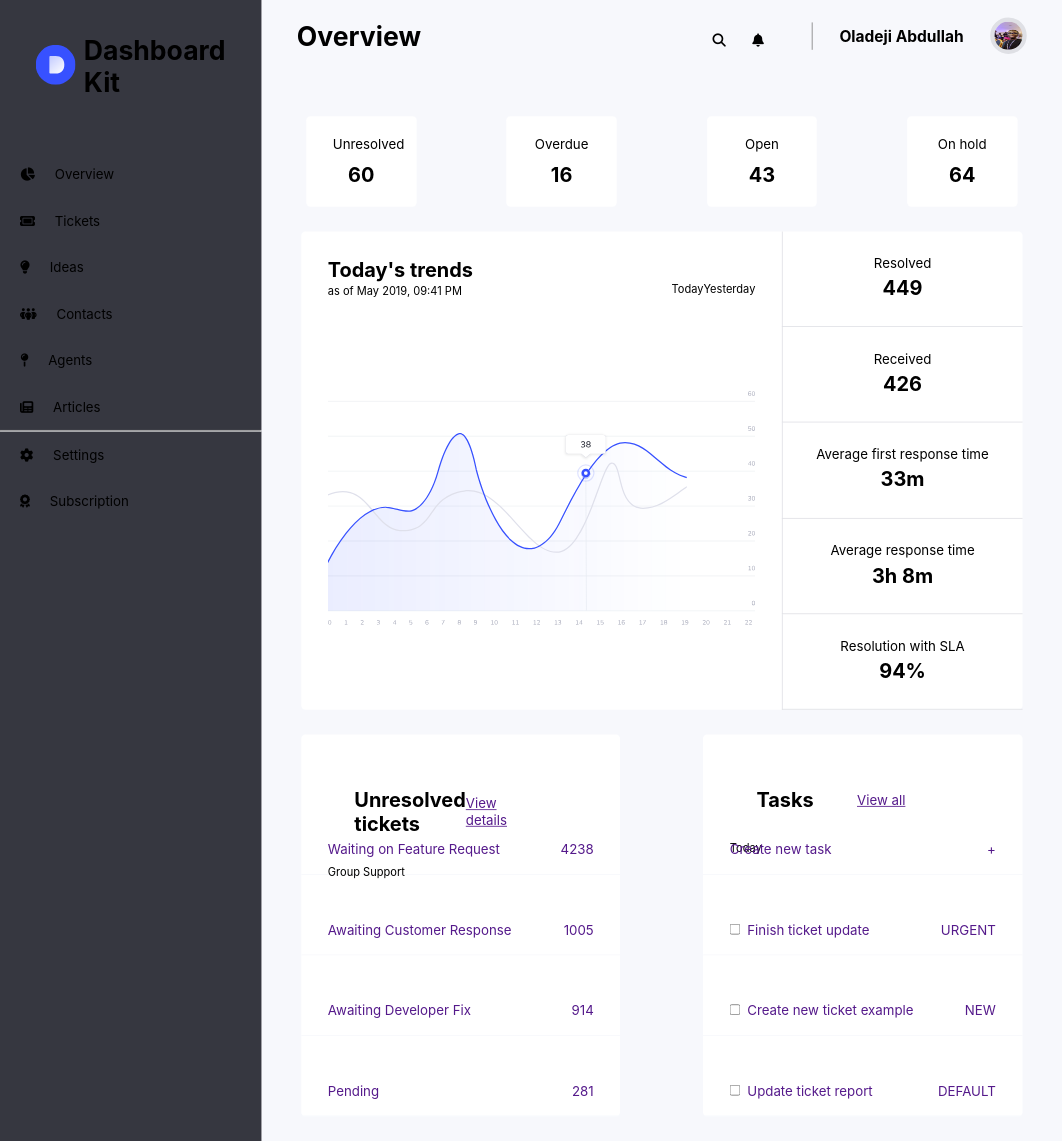
Repository: BuduCE/dashboard
Page: /
An editor plug-in stored every save of this project. The page is shown before and after a run of saves, followed by the edit.
The browser window is 1280 px wide. The pictures show the whole page, at 83% of full size.
Some web libraries are served in a nearby version. The project was rebuilt for these pictures with package versions that can differ from the ones it lists, and the page was loaded fresh each time. Also part of the build but not shown: src/pages/Tickets/index.jsx.

Above is the page before, as saved 2022-08-05 23:45:07.

### public/index.html
<!DOCTYPE html>
<html lang="en">
  <head>
    <meta charset="utf-8" />
    <link rel="icon" href="%PUBLIC_URL%/favicon.ico" />
    <meta name="viewport" content="width=device-width, initial-scale=1" />
    <meta name="theme-color" content="#000000" />
    <meta
      name="description"
      content="Web site created using create-react-app"
    />
    <link rel="apple-touch-icon" href="%PUBLIC_URL%/logo192.png" />
    <!--
      manifest.json provides metadata used when your web app is installed on a
      user's mobile device or desktop. See https://developers.google.com/web/fundamentals/web-app-manifest/
    -->
    <link rel="manifest" href="%PUBLIC_URL%/manifest.json" />
    <!--
      Notice the use of %PUBLIC_URL% in the tags above.
      It will be replaced with the URL of the `public` folder during the build.
      Only files inside the `public` folder can be referenced from the HTML.

      Unlike "/favicon.ico" or "favicon.ico", "%PUBLIC_URL%/favicon.ico" will
      work correctly both with client-side routing and a non-root public URL.
      Learn how to configure a non-root public URL by running `npm run build`.
    -->

    <!-- Font-Awesome  -->
    <link
      rel="stylesheet" href="https://cdnjs.cloudflare.com/ajax/libs/font-awesome/6.1.1/css/all.min.css" integrity="sha512-KfkfwYDsLkIlwQp6LFnl8zNdLGxu9YAA1QvwINks4PhcElQSvqcyVLLD9aMhXd13uQjoXtEKNosOWaZqXgel0g==" crossorigin="anonymous" referrerpolicy="no-referrer"
    />
    <title>Admin Dashboard</title>
  </head>
  <body>
    <noscript>You need to enable JavaScript to run this app.</noscript>
    <div id="root"></div>
    <!--
      This HTML file is a template.
      If you open it directly in the browser, you will see an empty page.

      You can add webfonts, meta tags, or analytics to this file.
      The build step will place the bundled scripts into the <body> tag.

      To begin the development, run `npm start` or `yarn start`.
      To create a production bundle, use `npm run build` or `yarn build`.
    -->
  </body>
</html>

### src/index.css
* {
  margin: 0;
  padding: 0;
  box-sizing: border-box;
}
body {
  margin: 0;
  font-family: -apple-system, BlinkMacSystemFont, 'Segoe UI', 'Roboto', 'Oxygen',
    'Ubuntu', 'Cantarell', 'Fira Sans', 'Droid Sans', 'Helvetica Neue',
    sans-serif;
  -webkit-font-smoothing: antialiased;
  -moz-osx-font-smoothing: grayscale;
  background: rgba(54, 55, 64, 1);
}

code {
  font-family: source-code-pro, Menlo, Monaco, Consolas, 'Courier New',
    monospace;
}

### src/App.js
import './App.css';
// import Overview from './pages/Overview';
// import Header from './components/common/Header';
import Sidenav from './components/common/SideNav';
// import Login from './pages/Login';

function App() {
  return (
    <div className="App">
      <Sidenav />
      {/* <Login /> */}
    </div>
  );
}

export default App;

### src/components/common/SideNav/index.jsx
import React from 'react'
import Overview from '../../../pages/Overview'
import Tickets from '../../../pages/Tickets'
import Header from '../Header'
import Logo from '../Logo'
import './styles.css'

const Sidenav = () => {
  return (
    <div className='dashboard'>
        <div className="navbar">
            <div className="logo">
                <Logo />
                <h1>Dashboard Kit</h1>
            </div>
            <div className="heading">
                <i className='fas fa-chart-pie'></i>
                <p>Overview</p>
            </div>
            <div className="heading">
                <i className='fas fa-ticket'></i>
                <p>Tickets</p>
            </div>
            <div className="heading">
                <i className='fas fa-lightbulb'></i>
                <p>Ideas</p>
            </div>
            <div className="heading">
                <i className='fas fa-people-group'></i>
                <p>Contacts</p>
            </div>
            <div className="heading">
                <i className='fas fa-map-pin'></i>
                <p>Agents</p>
            </div>
            <div className="heading">
                <i className='fas fa-newspaper'></i>
                <p>Articles</p>
            </div>
            <hr />
            <div className="heading">
                <i className='fas fa-gear'></i>
                <p>Settings</p>
            </div>
            <div className="heading">
                <i className='fas fa-award'></i>
                <p>Subscription</p>
            </div>

        </div>
        <div className="info">
            {/* <Header /> */}
            <Overview />
            {/* <Tickets /> */}
        </div>
    </div>
  )
}

export default Sidenav

### src/pages/Overview/index.jsx
import React from 'react'
import './styles.css'
import TrendMap from './graph.svg'
import Header from '../../components/common/Header'

const Overview = () => {
  return (
    <>
        <Header />
        <div className='overview_pg'>
            {/* Specific status */}
            <div className="overview_stat">
                <div className="overview_info">
                    <p>Unresolved</p>
                    <h2>60</h2>
                </div>
                <div className="overview_info">
                    <p>Overdue</p>
                    <h2>16</h2>
                </div>
                <div className="overview_info">
                    <p>Open</p>
                    <h2>43</h2>
                </div>
                <div className="overview_info">
                    <p>On hold</p>
                    <h2>64</h2>
                </div>
            </div>

            {/* Today's trend */}
            <div className="trends">
                <div className="trends_head">
                    <div className="trends_headT">
                        <div className="trend_title">
                            <h2>Today's trends</h2>
                        </div>
                        <div className="trend_title_stat">
                            <div className="trend_date">
                                <small>as of May 2019, 09:41 PM</small>
                            </div>
                            <div className="trend_day">
                                <small>Today</small>
                                <small>Yesterday</small>
                            </div>
                        </div>
                    </div>

                    <div className="trends_headB">
                        <img src={TrendMap} alt="Trend Chart" />
                    </div>
                </div>

                <div className="trends_summary">
                    <div className="summary_type">
                        <p>Resolved</p>
                        <h2>449</h2>
                    </div>
                    <div className="summary_type">
                        <p>Received</p>
                        <h2>426</h2>
                    </div>
                    <div className="summary_type">
                        <p>Average first response time</p>
                        <h2>33m</h2>
                    </div>
                    <div className="summary_type">
                        <p>Average response time</p>
                        <h2>3h 8m</h2>
                    </div>
                    <div className="summary_type">
                        <p>Resolution with SLA</p>
                        <h2>94%</h2>
                    </div>
                </div>
            </div>

            <div className="ticket_n_task">
                <div className="ticket">
                    <div className="ticket_head">
                        <div className="ticket_title">
                            <h2>Unresolved tickets</h2>
                            <a href="">View details</a>
                        </div>
                        <small>Group Support</small>
                    </div>
                    <div className="ticket_list">
                        <a href="">
                            <p>Waiting on Feature Request</p>
                            <p>4238</p>
                        </a>
                        <a href="">
                            <p>Awaiting Customer Response</p>
                            <p>1005</p>
                        </a>
                        <a href="">
                            <p>Awaiting Developer Fix</p>
                            <p>914</p>
                        </a>
                        <a href="">
                            <p>Pending</p>
                            <p>281</p>
                        </a>
                    </div>
                </div>

                <div className="task">
                    <div className="ticket_head">
                        <div className="ticket_title">
                            <h2>Tasks</h2>
                            <a href="">View all</a>
                        </div>
                        <small>Today</small>
                    </div>

                    <div className="ticket_list">
                        <a href="">
                            <p>Create new task</p>
                            <p>+</p>
                        </a>
                        <a href="">
                            <div className='task_todo'>
                                <input type="checkbox" name="" id="" />
                                <label htmlFor="">Finish ticket update</label>
                            </div>

                            <p>URGENT</p>
                        </a>
                        <a href="">
                            <div className='task_todo'>
                                <input type="checkbox" name="" id="" />
                                <label htmlFor="">Create new ticket example</label>
                            </div>

                            <p>NEW</p>
                        </a>
                        <a href="">
                            <div className='task_todo'>
                                <input type="checkbox" name="" id="check" />
                                <label htmlFor="">Update ticket report</label>
                            </div>

                            <p>DEFAULT</p>
                        </a>
                    </div>
                </div>
            </div>
        </div>
    </>
  )
}

export default Overview

### src/components/common/Header/index.jsx
import React from 'react'
import './styles.css'
import budu from './budu.jpg'

const Header = () => {
  return (
    <div className='head_er'>
        <div className="headerL">
            <h1>Overview</h1>
        </div>
        <div className="headerR">
            <i className='fas fa-magnifying-glass icon'></i>
            <i className='fas fa-bell icon bell'></i>
            <h3>Oladeji Abdullah</h3>
            <img src={budu} alt="" />
        </div>
    </div>
  )
}

export default Header

### src/components/common/Logo/index.jsx
import React from 'react'
import companyLogo from './logo.svg'

const Logo = () => {
  return (
    <div>
        <img src={companyLogo} alt="" />
    </div>
  )
}

export default Logo

### src/components/common/SideNav/styles.css
.dashboard{
    display: grid;
    grid-template-columns: 1fr 5fr;
}
.navbar{
    padding: 41px 0;
}
.logo{
    display: flex;
    padding: 43px 43px;
    padding-bottom: 63px;
    padding-top: 0;
    align-items: center;
}
.logo h1{
    margin-left: 10px;
}
.heading{
    width: 100%;
    display: flex;
    padding: 18px 24px;
    align-items: center;
}
.heading p{
    margin-left: 24px;
}
.heading:hover{
    border-left: 1px solid #fff;
    color: #fff;
}
.info{
    background: #F7F8FC;
    /* height: 100vh; */
}

### src/pages/Overview/styles.css
.overview_pg{
    margin-top: 54px;
}
.overview_stat{
    display: grid;
    grid-template-columns: 1fr 1fr 1fr 1fr;
    /* justify-content: space-evenly; */
    width: 100%;
}
.overview_info{
    display: flex;
    flex-direction: column;
    text-align: center;
    /* border: 1px solid; */
    border-radius: 5px;
    padding: 24px 32px;
    background: #fff;
    box-shadow: 15px;
    width: 55%;
    margin: auto;
}
.overview_info:hover{
    color: blue;
    border: 1px blue solid;
}
.overview_info p{
    padding-bottom: 12px;
}

/* trend  */
.trends{
    width: 90%;
    background: #fff;
    margin: auto;
    border-radius: 5px;
    height: 80vh;
    margin-top: 30px;
    display: grid;
    grid-template-columns: 2fr 1fr;
    margin-top: 30px;
}
.trends_head{
    padding: 32px;
}
.trend_title_stat{
    display: flex;
    justify-content: space-between;
}
.trend_day{
    display: flex;
    justify-content: space-evenly;
}
.trends_headB img{
    width: 100%;
    margin-top: 54px;
    height: 55vh;
}

/* summary  */
.trends_summary{
    display: grid;
    grid-template-rows: 1fr 1fr 1fr 1fr 1fr;
}
.summary_type{
    padding: 28px;
    border-left: 1px solid #dfe0e5;
    border-bottom: 1px solid #dfe0e5;
    text-align: center;
}
.summary_type p{
    margin-bottom: 6px;
}

/* Tickets */
.ticket_n_task{
    display: grid;
    grid-template-columns: 1fr 1fr;
    width: 90%;
    margin: auto;
    margin-top: 30px;
    margin-bottom: 30px;
}
.ticket{
    margin-right: 50px;
}
.task{
    margin-left: 50px;
}
.ticket,.task{
    border-radius: 5px;
    background: #fff;
}
.ticket_head{
    padding: 32px;
    margin-bottom: 8px;
    width: 80%;
    height: 10vh;
}
.ticket_title{
    display: flex;
    justify-content: space-between;
    align-items: center;
}
.ticket_list a{
    text-decoration: none;
    display: flex;
    justify-content: space-between;
    align-items: center;
    padding: 20px 32px;
    border-bottom: 1px solid #F7F8FC;
    margin-top: 36px;
    align-items: center;
}
.task_todo{
    align-items: center;
}
.task_todo label{
    margin-left: 8px;
}

### src/pages/Tickets/styles.css
.ticket_pg{
    background: #fff;
    border-radius: 5px;
    height: 96vh;
    width: 95%;
    margin: auto;
    margin-top: 54px;
}
.ticket_title{
    display: flex;
    justify-content: space-between;
    padding: 32px;
}
.titleR, .titleR_icon{
    display: flex;
    justify-content: space-between;
    align-items: center;
    margin-left: 32px;
}
.titleR_icon p{
    margin-left: 8px;
}
/* .tab_head{
    display: grid;
    grid-template-columns: 3fr 2fr 2fr 1fr;
    margin: auto;
    padding: 0 77px 12px 31px;
    border-bottom: 1px solid #dfe0e5;
} */
.tab_info{
    display: grid;
    grid-template-columns: 3fr 2fr 2fr 1fr;
    margin: auto;
    padding: 24px 31px;
    border-bottom: 1px solid #dfe0e5;
}
.tab_info:hover{
    background: #F7F8FC;
}
.info_title{
    display: grid;
    grid-template-columns: 1fr 7fr;
}
.info_title img{
    width: 44px;
    height: 44px;
    border: 5px solid #dfe0e5;
    border-radius: 50%;
}
.ticket_tab{
    margin: auto;
}
.info_status{
    display: flex;
    /* grid-template-columns: 1fr 1fr; */
    justify-content: space-between;
    align-items: center;
}
.info_status button{
    padding: 5px 20px;
    border-radius: 40%;
    background: red;
    color: #fff;
    border: none;
}

### src/components/common/Header/styles.css
.head_er{
    display: flex;
    justify-content: space-between;
    width: 100%;
    height: 10vh;
    padding: 43px 43px;
    align-items: center;
}
.headerR{
    display: flex;
    justify-content: space-between;
    align-items: center;
}
.icon{
    width: 16px;
    height: 16px;
    padding: 5px 24px;
}
.bell{
    padding-right: 72px;
}
.headerR h3{
    padding: 5px 32px;
    border-left: 1px solid grey;
}
.headerR img{
    width: 44px;
    height: 44px;
    border-radius: 50%;
    border: 5px solid #dfe0e5;
}

Loaded but not shown: src/index.js (common file); src/reportWebVitals.js (common file); src/App.css (common file)

After the next 2 saves:
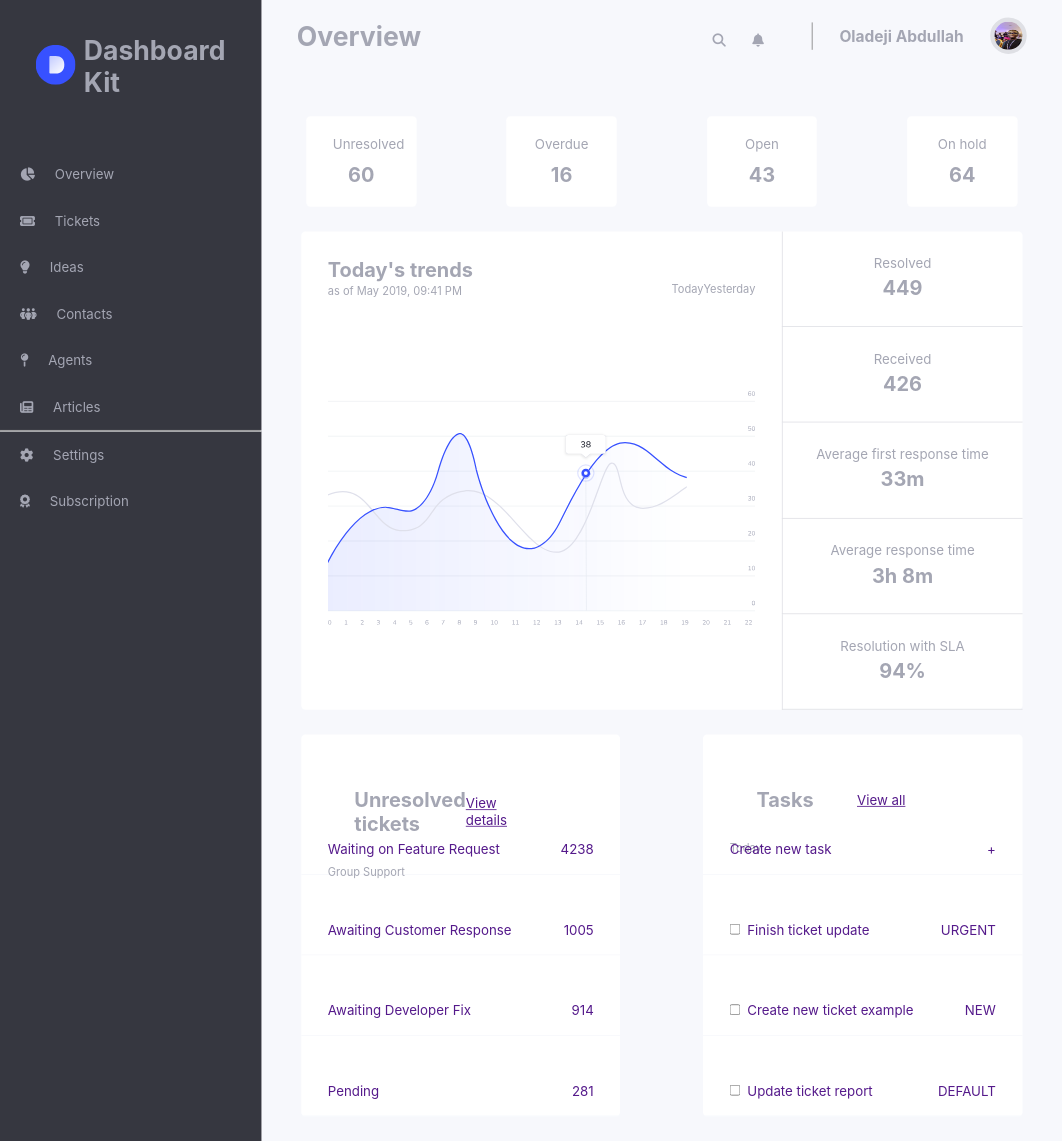
The 2 saves are shown as one change because they came seconds apart.
The last was saved 71 s later.
--- a/src/components/common/SideNav/styles.css
+++ b/src/components/common/SideNav/styles.css
@@ -1,6 +1,7 @@
 .dashboard{
     display: grid;
     grid-template-columns: 1fr 5fr;
+    color: #A4A6B3;
 }
 .navbar{
     padding: 41px 0;
